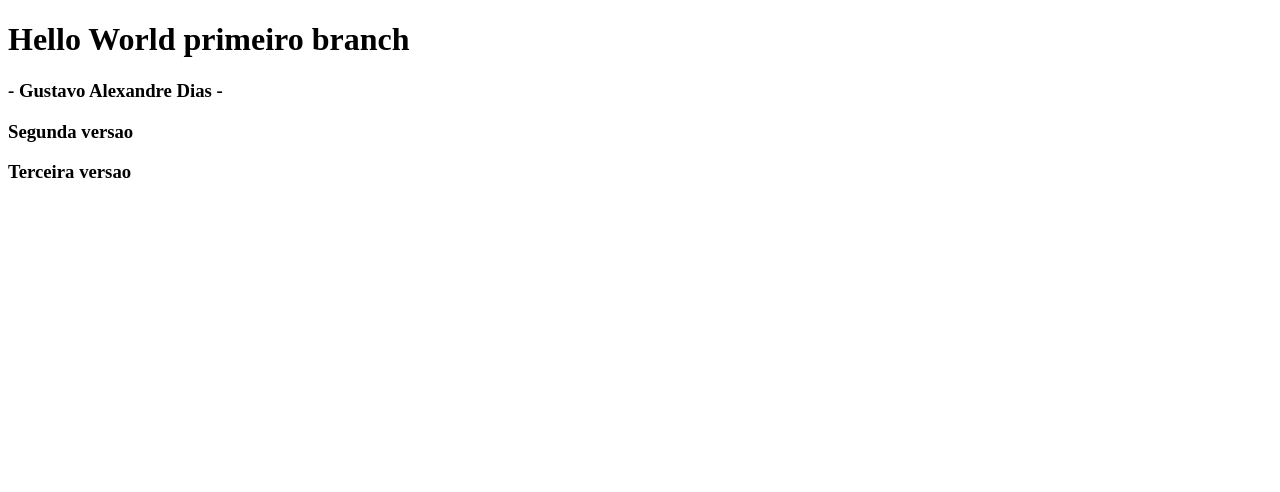
Repository: gustavo-eng/curso_git_1
Page: teste.html
The author's editor kept a copy of each file at every save. The page is drawn from the files as they stood at one save, then again after the next save.
The browser window is 1280 px wide. The pictures show the whole page.

Above is the page before, as saved 2023-01-13 14:30:13.

After the next save:
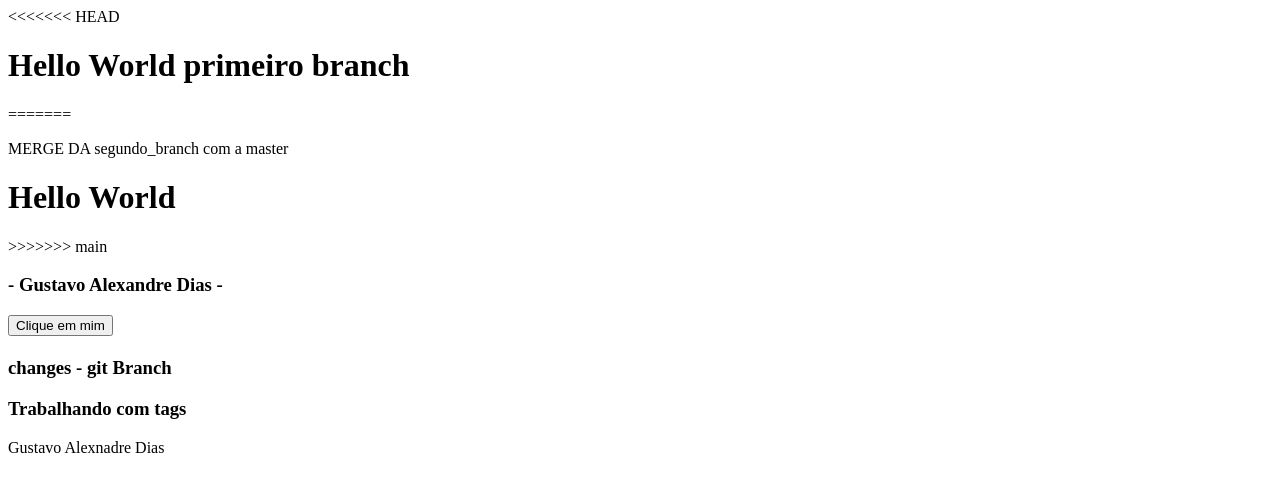
Saved 3 min 24 s later.
--- a/teste.html
+++ b/teste.html
@@ -8,9 +8,19 @@
     <title>Document</title>
 </head>
 <body>
+<<<<<<< HEAD
+
     <h1>Hello World primeiro branch  </h1>
+=======
+    <p> MERGE DA segundo_branch com a master </p>
+    <h1>Hello World </h1>
+>>>>>>> main
     <h3 > - Gustavo Alexandre Dias - </h3>
-    <h3> Segunda versao  </h3>
-    <h3> Terceira versao  </h3>
+    <button class="btn"> Clique em mim  </button>
+    <h4 class="nome"> </h4>
+    <h3>changes -  git Branch </h3>
+    <h3> Trabalhando com tags </h3>
+
+    <p>Gustavo Alexnadre Dias</p>
 </body>
 </html>
